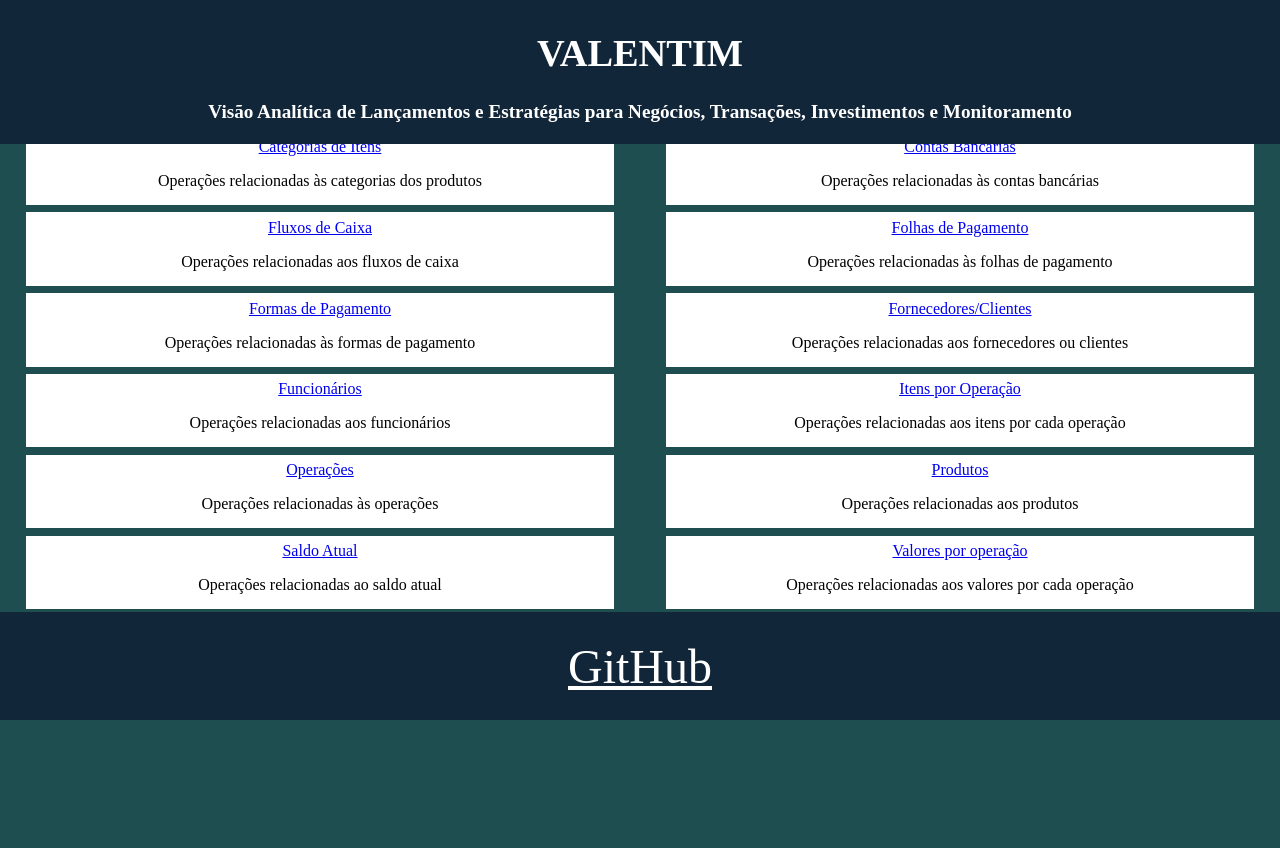
Repository: Matheus-Lacerda009/ERP-Financeiro
Page: Front/menu/menu.html
The author's editor kept a copy of each file at every save. The page is drawn from the files as they stood at one save, then again after the next save.
The browser window is 1280 px wide. The pictures show the whole page.

Above is the page before, as saved 2026-07-13 19:01:58.

### Front/menu/menu.html
<!DOCTYPE html>
<html lang="en">
<head>
    <meta charset="UTF-8">
    <meta name="viewport" content="wclassth=device-wclassth, initial-scale=1.0">
    <link rel="stylesheet" href="menu.css">
    <title>Document</title>
</head>
<body>
    <header>
        <h1>VALENTIM</h1>
        <h2>Visão Analítica de Lançamentos e Estratégias para Negócios, Transações, Investimentos e Monitoramento</h2>
    </header>
    <main>
        <div id="espaço"></div>
        <div class="container">
            <div class="divEntidades">
                <a href="../categoria_item/categoria_item.html">Categorias de Itens</a>
                <p>Operações relacionadas às categorias dos produtos</p>
            </div>
            <div class="divEntidades">
                <a href="../conta_bancaria/conta_bancaria.html">Contas Bancárias</a>
                <p>Operações relacionadas às contas bancárias</p>
            </div>
            <div class="divEntidades">
                <a href="../fluxo_caixa/fluxo_caixa.html">Fluxos de Caixa</a>
                <p>Operações relacionadas aos fluxos de caixa</p>
            </div>
            <div class="divEntidades">
                <a href="../folha_pagamento/folha_pagamento.html">Folhas de Pagamento</a>
                <p>Operações relacionadas às folhas de pagamento</p>
            </div>
            <div class="divEntidades">
                <a href="../forma_pagamento/forma_pagamento.html">Formas de Pagamento</a>
                <p>Operações relacionadas às formas de pagamento</p>
            </div>
            <div class="divEntidades">
                <a href="../fornecedor_cliente/fornecedor_cliente.html">Fornecedores/Clientes</a>
                <p>Operações relacionadas aos fornecedores ou clientes</p>
            </div>
            <div class="divEntidades">
                <a href="../funcionario/funcionario.html">Funcionários</a>
                <p>Operações relacionadas aos funcionários</p>
            </div>
            <div class="divEntidades">
                <a href="../itens_operacao/itens_operacao.html">Itens por Operação</a>
                <p>Operações relacionadas aos itens por cada operação</p>
            </div>
            <div class="divEntidades">
                <a href="../operacao/operacao.html">Operações</a>
                <p>Operações relacionadas às operações</p>
            </div>
            <div class="divEntidades">
                <a href="../produtos/produtos.html">Produtos</a>
                <p>Operações relacionadas aos produtos</p>
            </div>
            <div class="divEntidades">
                <a href="../saldoAtual/saldoAtual.html">Saldo Atual</a>
                <p>Operações relacionadas ao saldo atual</p>
            </div>
            <div class="divEntidades">
                <a href="../valor_pVenda/valor_pVenda.html">Valores por operação</a>
                <p>Operações relacionadas aos valores por cada operação</p>
            </div>
            <div class="divEntidades">
                <a href="../valor_salario/valor_salario.html">Salários</a>
                <p>Operações relacionadas aos salários</p>
            </div>
            <div class="divEntidades">
                <a href="../notaFiscal/nota_fiscal.html">Notas Fiscais</a>
                <p>Operações relacionadas às notas fiscais</p>
            </div>
        </div>
    </main>
    <footer>
        <a href="https://github.com/Matheus-Lacerda009/ERP-Financeiro.git" id="github">GitHub</a>
    </footer>
</body>
</html>

### Front/menu/menu.css
body{
    overflow: hidden;
}
header{
    position: fixed;
    top: 0;
    left: 0;
    width: 100%;
    height: 20%;
    background-color: #12263A;
    z-index: 1;
    text-align: center;
    align-content: center;
}

footer{
    position: fixed;
    bottom: 0;
    left: 0;
    width: 100%;
    height: 15%;
    background-color: #12263A;
    text-align: center;
    align-content: center;
}

#github{
    color: white;
    font-size: 300%;
}

header, h1{
    font-size: 300%;
    color: white;
    font-size: 3vw;
}

header, h2{
    color: white;
    font-size: 1.5vw;
}

body{
    margin: 0;
    padding: 0;
    background-color: #1f4e50;
}

.container{
    margin-top: 10%;
    height: 100vh;
    width: 100%;
    box-sizing: border-box;
    display: grid;
    grid-template-columns: repeat(2, 7fr);
    align-content: start;
}

.divEntidades{
    height: 75%;
    width: 90%;
    background-color: white;
    text-align: center;
    padding: 1%;
    margin: auto;
}

After the next save:
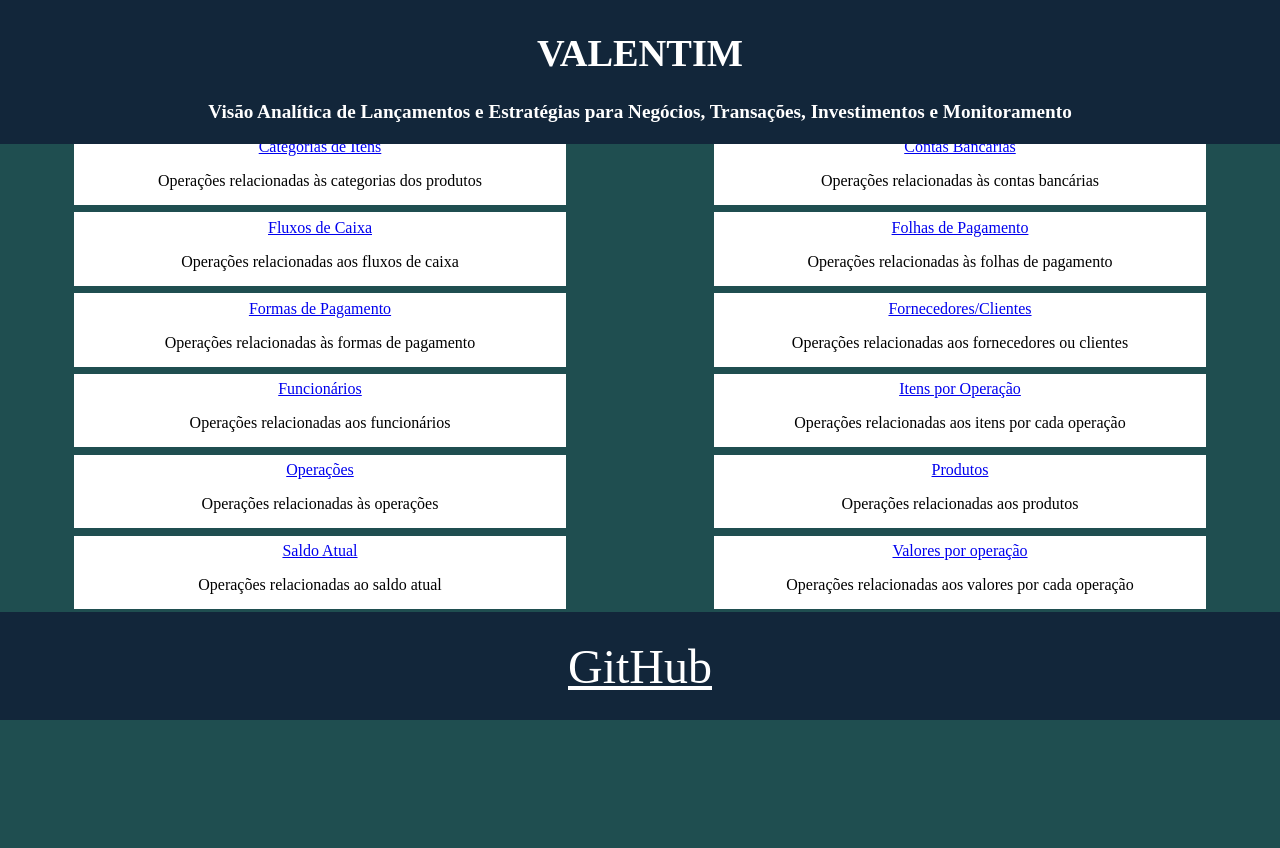
Saved 116 s later.
--- a/Front/menu/menu.css
+++ b/Front/menu/menu.css
@@ -58,7 +58,7 @@ body{
 
 .divEntidades{
     height: 75%;
-    width: 90%;
+    width: 75%;
     background-color: white;
     text-align: center;
     padding: 1%;
